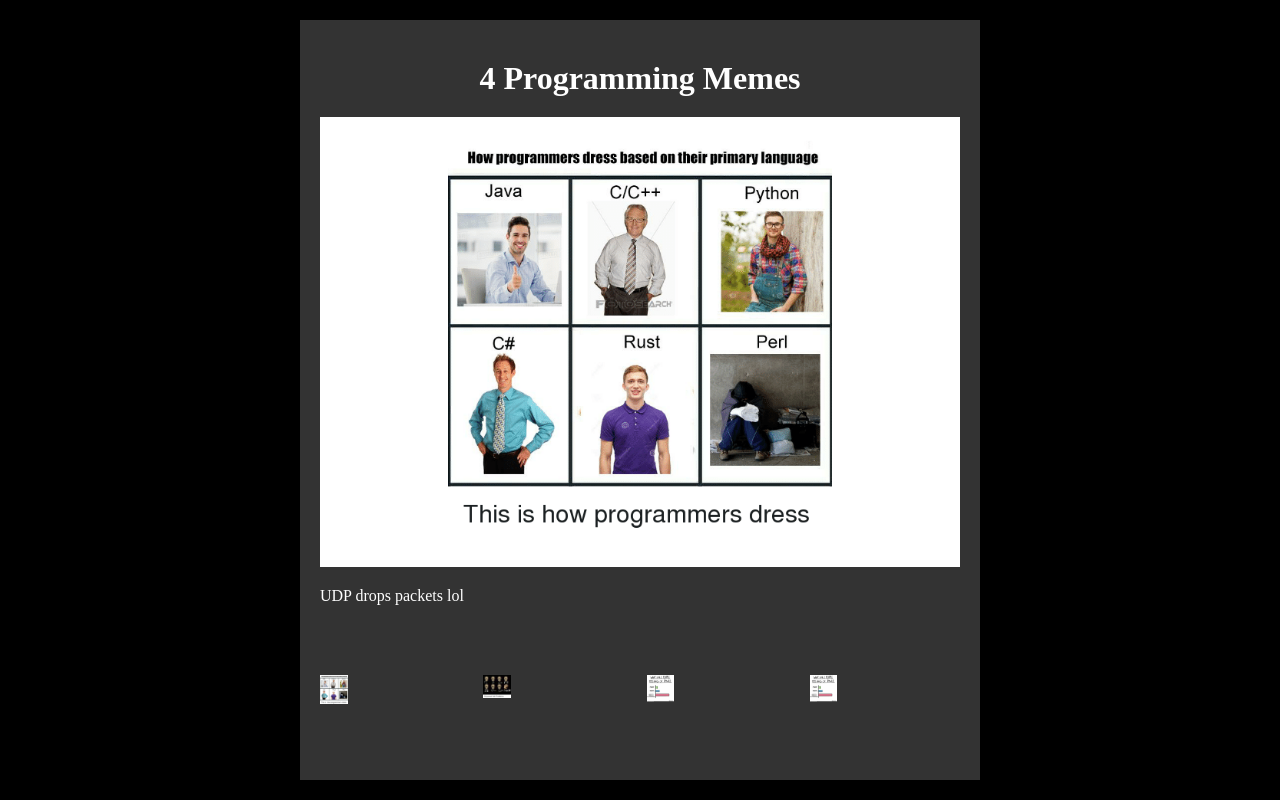
Repository: apopheny/JS230
Page: slideshow/index.html
These files come from the project's save history. The page is drawn as it stood at one moment and after the next save; the edit follows.
The browser window is 1280 px wide. The pictures show the whole page.

Above is the page before, as saved 2024-02-05 14:17:55.
Console error: ReferenceError: func is not defined

After the next save:
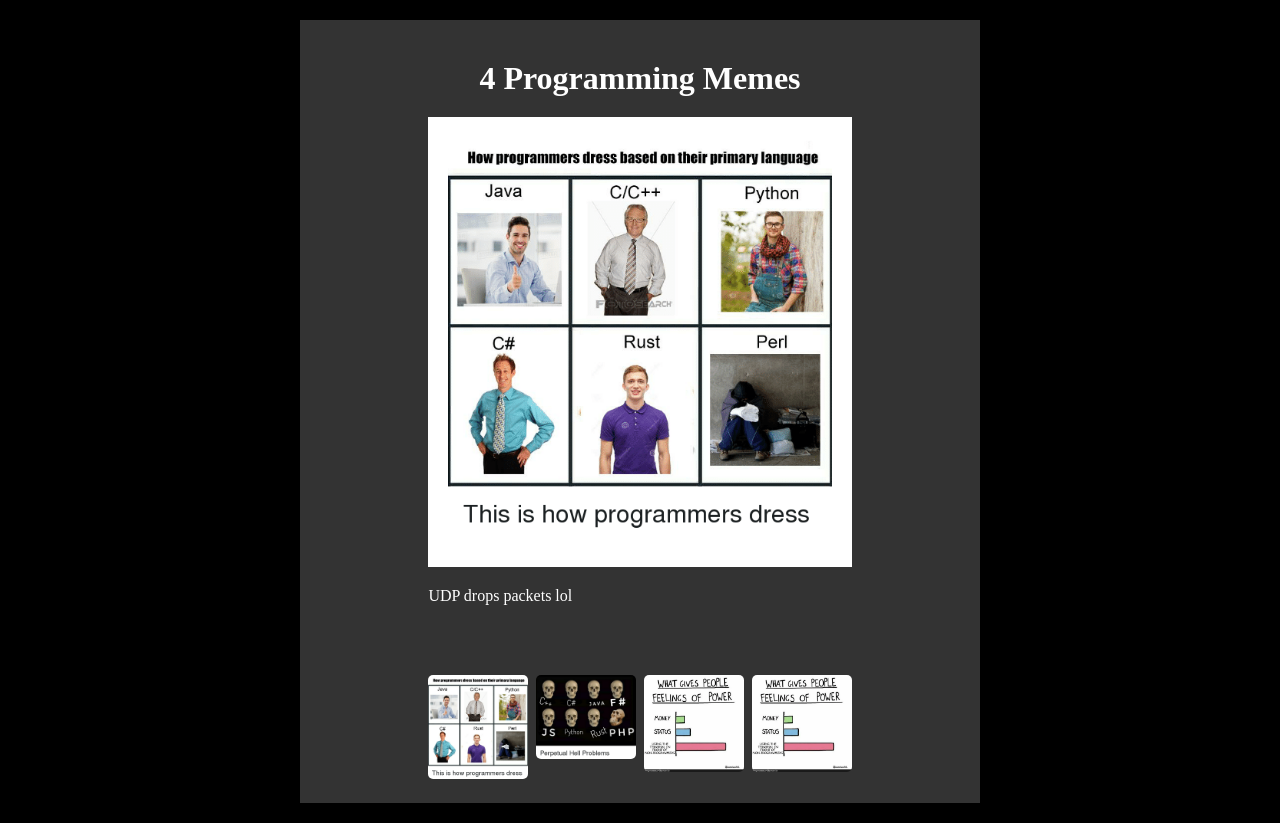
Saved 100 s later.
--- a/slideshow/stylesheets/slideshow.css
+++ b/slideshow/stylesheets/slideshow.css
@@ -58,7 +58,13 @@
   width: 100%;
 }
 
-.image-thumbnail {
-  width: calc(25% - 10px); /* Four images per row, adjust margin */
-  margin-bottom: 10px; /* Space between rows of images */
+.image-thumbnail a {
+  display: block;
+  margin: 5px; /* Adjust spacing around thumbnails */
 }
+
+.image-thumbnail img {
+  width: 100px; /* Adjust thumbnail size */
+  height: auto; /* Maintain aspect ratio */
+  border-radius: 5px; /* Optional: rounded corners for thumbnails */
+}
